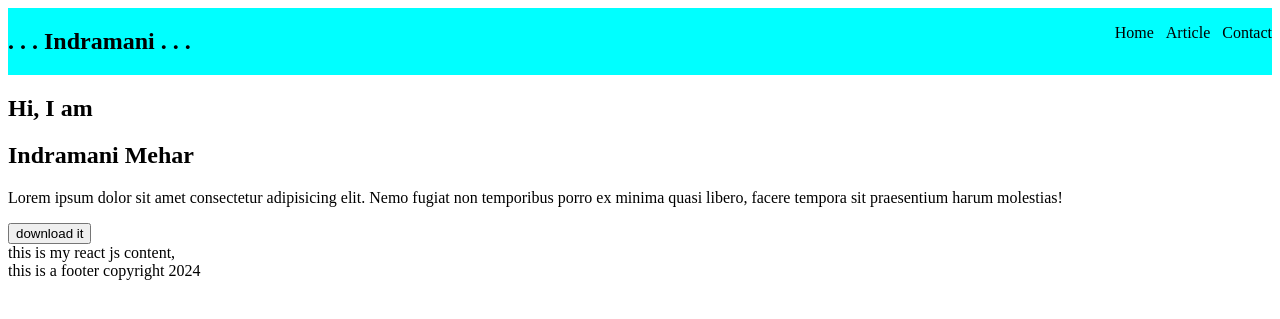
Repository: indramani7271/Indramani-First
Page: /
The author's editor kept a copy of each file at every save. The page is drawn from the files as they stood at one save, then again after the next save.
The browser window is 1280 px wide. The pictures show the whole page.
The project was rebuilt for these pictures with package versions that can differ from the ones it lists, and the page was loaded fresh each time. Also part of the build but not shown: vite.config.js, src/index.css.

Above is the page before, as saved 2024-12-02 17:41:04.

After the next save:
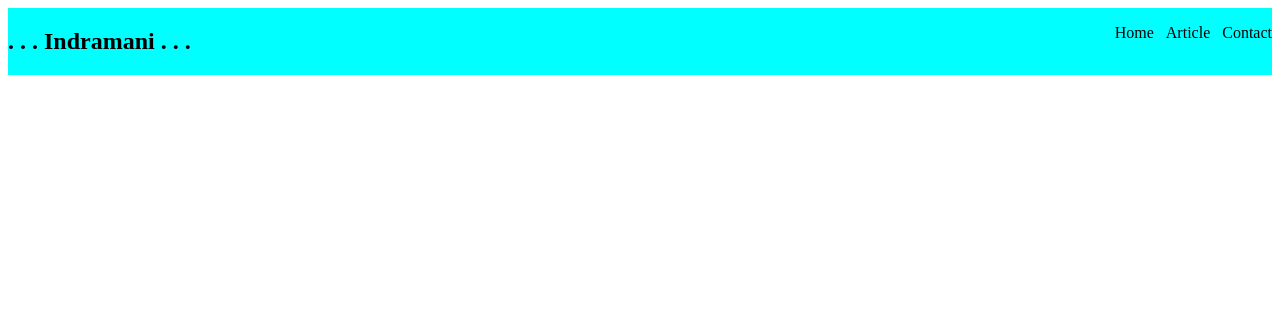
Saved 2 min 46 s later.
--- a/src/App.jsx
+++ b/src/App.jsx
@@ -10,10 +10,10 @@ function App() {
     <div>
 
 <Navbar />
-
+{/*
 <Main> </Main>
 <Content> </Content>
-<Footer> </Footer>
+<Footer> </Footer> */}
     </div>
   )
 
